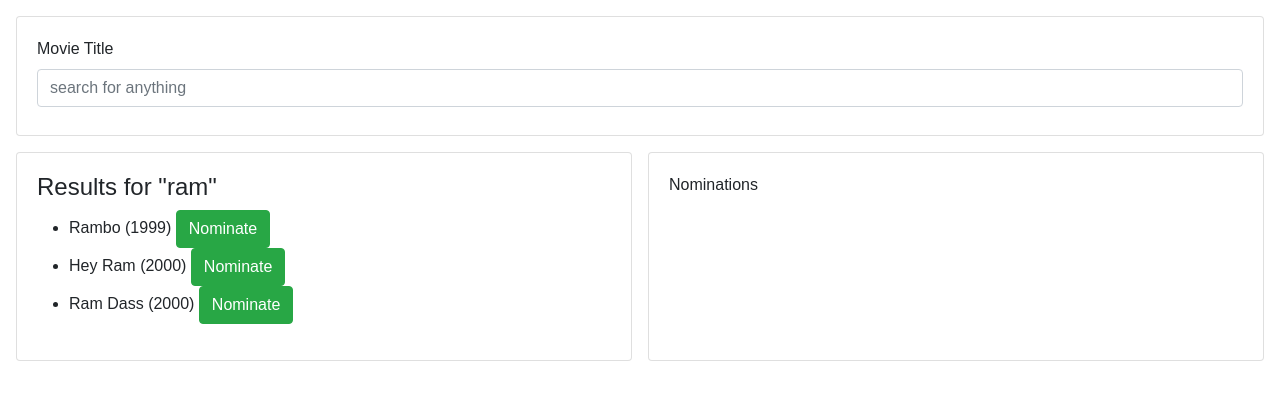
Repository: akinsikuoluwafemi/shoppies-movie-collection
Page: /
These files come from the project's save history. The page is drawn as it stood at one moment and after a run of saves; the edit follows.
The browser window is 1280 px wide. The pictures show the whole page.
The project was rebuilt for these pictures with package versions that can differ from the ones it lists, and the page was loaded fresh each time. Also part of the build but not shown: src/App.css.

Above is the page before, as saved 2021-01-10 09:13:57.

After the next 2 saves:
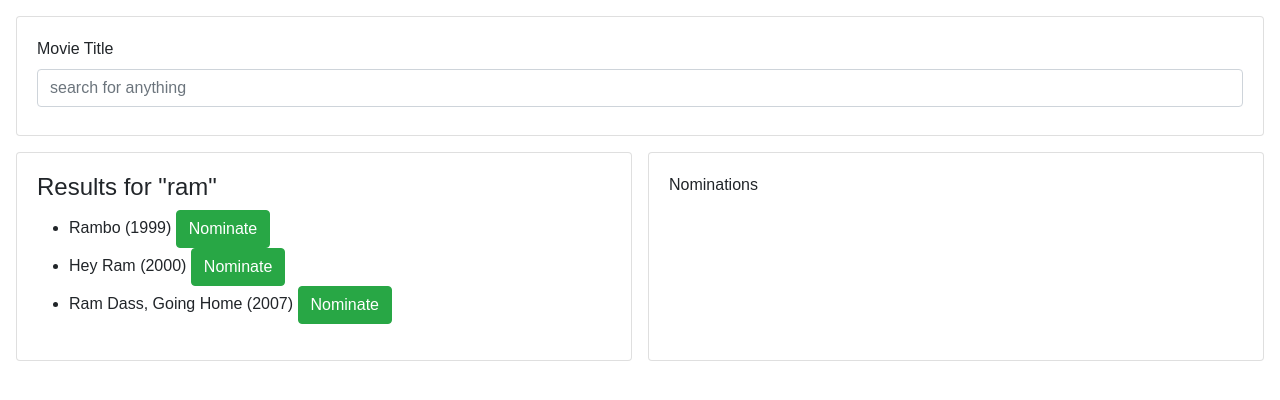
The 2 saves are shown as one change because they came seconds apart.
The last was saved 9 s later.
--- a/src/components/SearchResults.js
+++ b/src/components/SearchResults.js
@@ -10,7 +10,7 @@ export default function SearchResults() {
             <ul className="list">
                 <li className="list-item" >Rambo (1999) <button className="btn btn-success" >Nominate</button></li>
                 <li className="list-item" >Hey Ram (2000) <button className="btn btn-success" >Nominate</button></li>
-                <li className="list-item" >Ram Dass (2000) <button className="btn btn-success" >Nominate</button></li>
+                <li className="list-item" >Ram Dass, Going Home (2007) <button className="btn btn-success" >Nominate</button></li>
 
 
             </ul>
